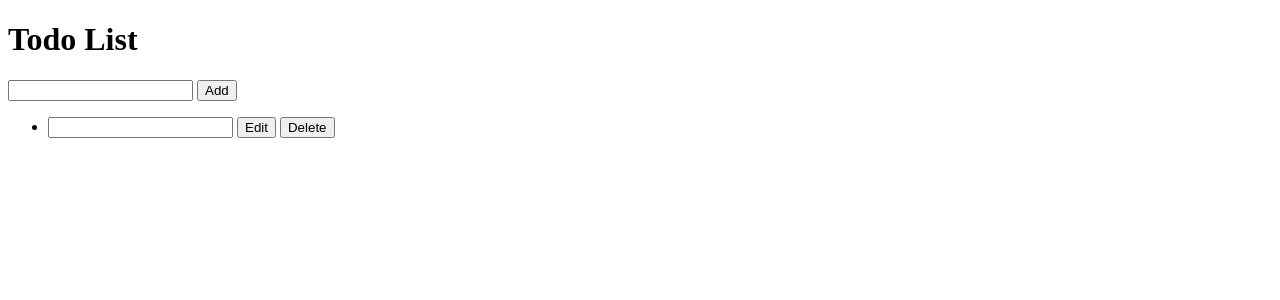
Repository: TENSAEA/----todo
Page: index.html
The author's editor kept a copy of each file at every save. The page is drawn from the files as they stood at one save, then again after the next save.
The browser window is 1280 px wide. The pictures show the whole page.

Above is the page before, as saved 2023-10-11 10:16:39.

### index.html
<!DOCTYPE html>
<html lang="en">
  <head>
    <meta charset="UTF-8" />
    <meta name="viewport" content="width=device-width, initial-scale=1.0" />
    <title>TodoList</title>
    <link rel="stylesheet" href="style.css" />
  </head>
  <body>
    <div class="container">
      <h1>Todo List</h1>
      <div class="header">
        <form class="form">
          <input type="Add-text" id="add" />
          <label for="add"><button>Add</button></label>
        </form>
      </div>
      <div class="list">
        <ul id="list">
          <li>
            <input class="list-text" type="text" id="edit" />
            <label for="edit"><button>Edit</button></label>
            <label for="edit"><button>Delete</button></label>
          </li>
        </ul>
      </div>
    </div>
    <script src="script.js"></script>
  </body>
</html>

### style.css
*{
   box-sizing:border-box;
   margin:
}

Loaded but not shown: script.js (no stored copy; drawn as an empty file)

After the next save:
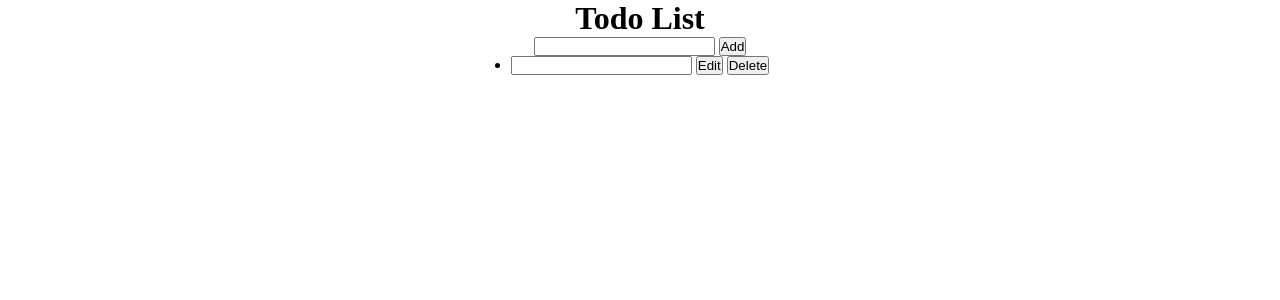
Saved 3 min 6 s later.
--- a/style.css
+++ b/style.css
@@ -1,4 +1,18 @@
 *{
    box-sizing:border-box;
-   margin:
+   margin:0;
+   padding:0;
 }
+
+.container{
+    display: flex;
+    flex-direction: column;
+    justify-content: center;
+    align-items: center;
+}
+
+.container h1{}
+
+.header{
+
+}
